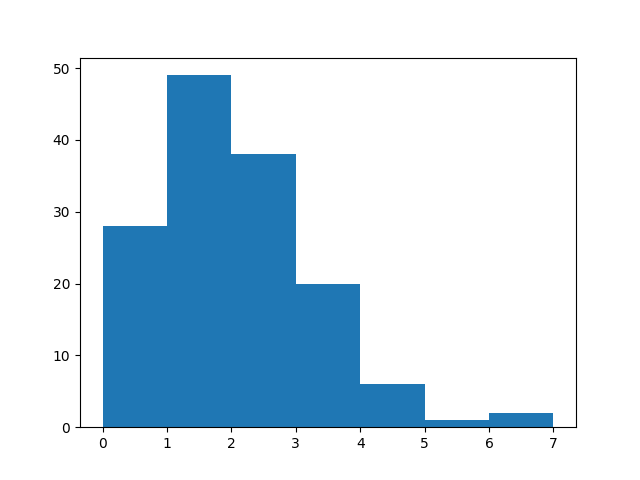
Repository: nelsonalexandrino/python_matplotlib_datavisualization_
Script's output: python Histograms.py
These files come from the project's save history. The script's output is drawn as it stood at one moment and after the next save; the edit follows.
Random numbers start from a fixed seed.

Above is the script's output before, as saved 2019-08-25 12:46:14.

After the next save:
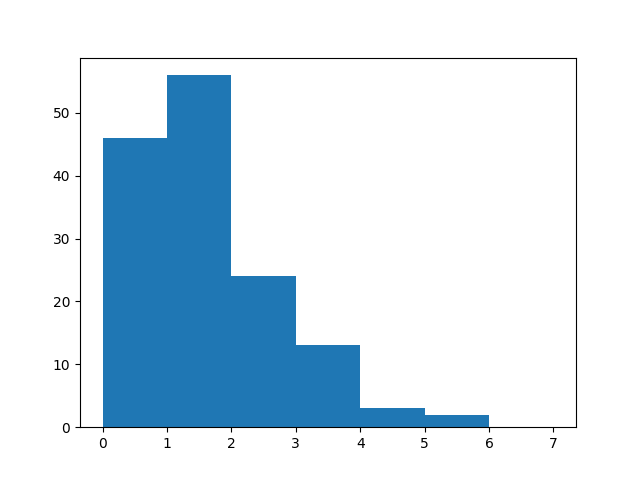
Saved 37 s later.
--- a/Histograms.py
+++ b/Histograms.py
@@ -7,5 +7,5 @@
         '\n').strip(' ').split(' ')]
 
 
-pyplot.hist(HomeTeamGoals, bins=range(8))
+pyplot.hist(AwayTeamGoals, bins=range(8))
 pyplot.show()

After the save that followed:
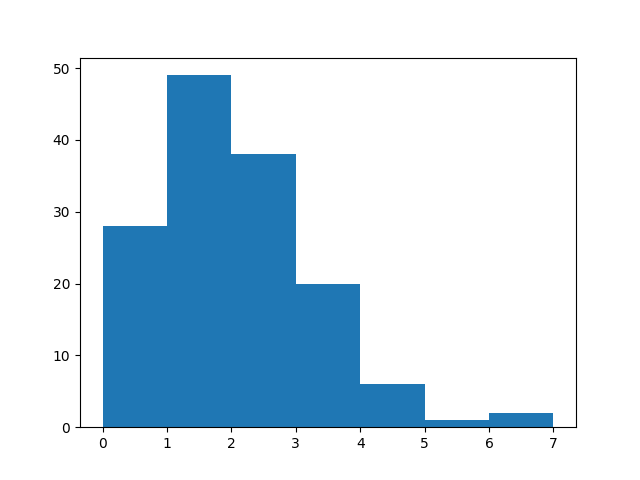
Saved 9 s later.
--- a/Histograms.py
+++ b/Histograms.py
@@ -7,5 +7,5 @@
         '\n').strip(' ').split(' ')]
 
 
-pyplot.hist(AwayTeamGoals, bins=range(8))
+pyplot.hist(HomeTeamGoals, bins=range(8))
 pyplot.show()
